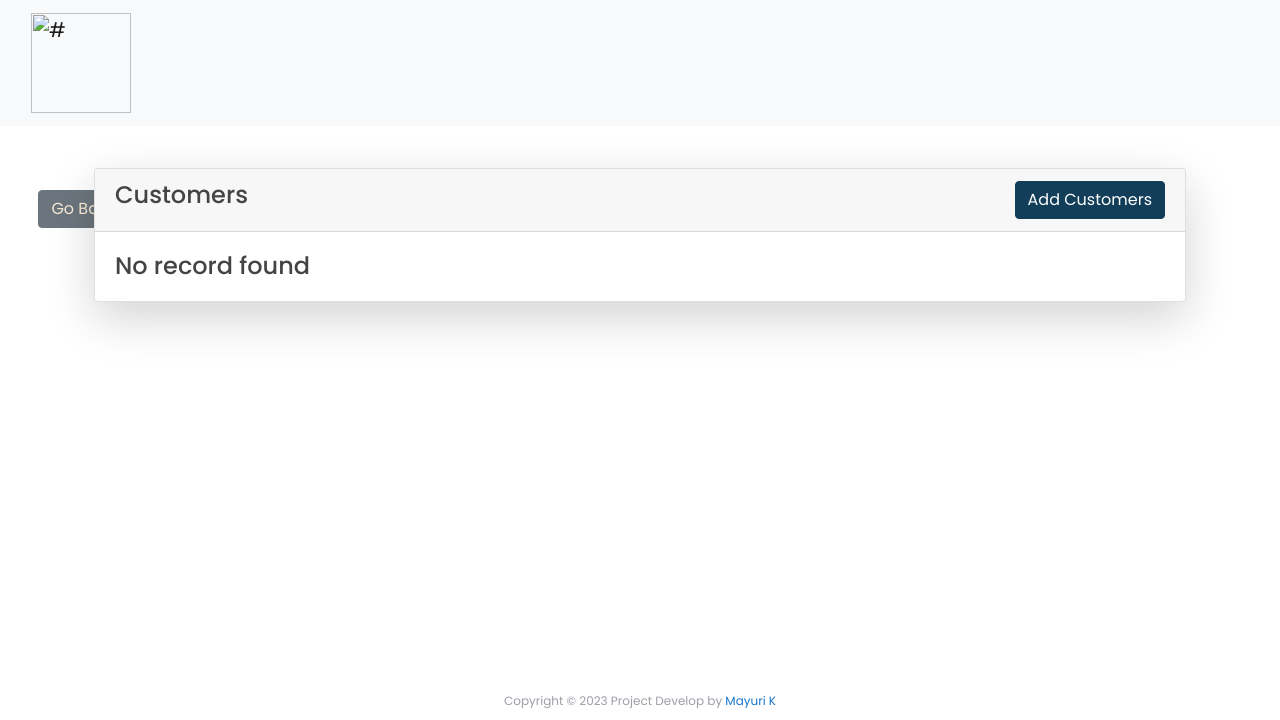
Repository: JyrossC/POS-PHP
Page: http://localhost/customer/customers.php
An editor plug-in stored every save of this project. The page is shown before and after the next save, followed by the edit.
The browser window is 1280 px wide. The pictures show the whole page.
Some web fonts or font styles are not loaded; a fallback is used. The page is run by PHP 8.4 with error messages shown; the project is at /var/www/html/. Queries for data that is not in the repository find no rows.

Above is the page before, as saved 2024-08-24 15:01:19.

After the next save:
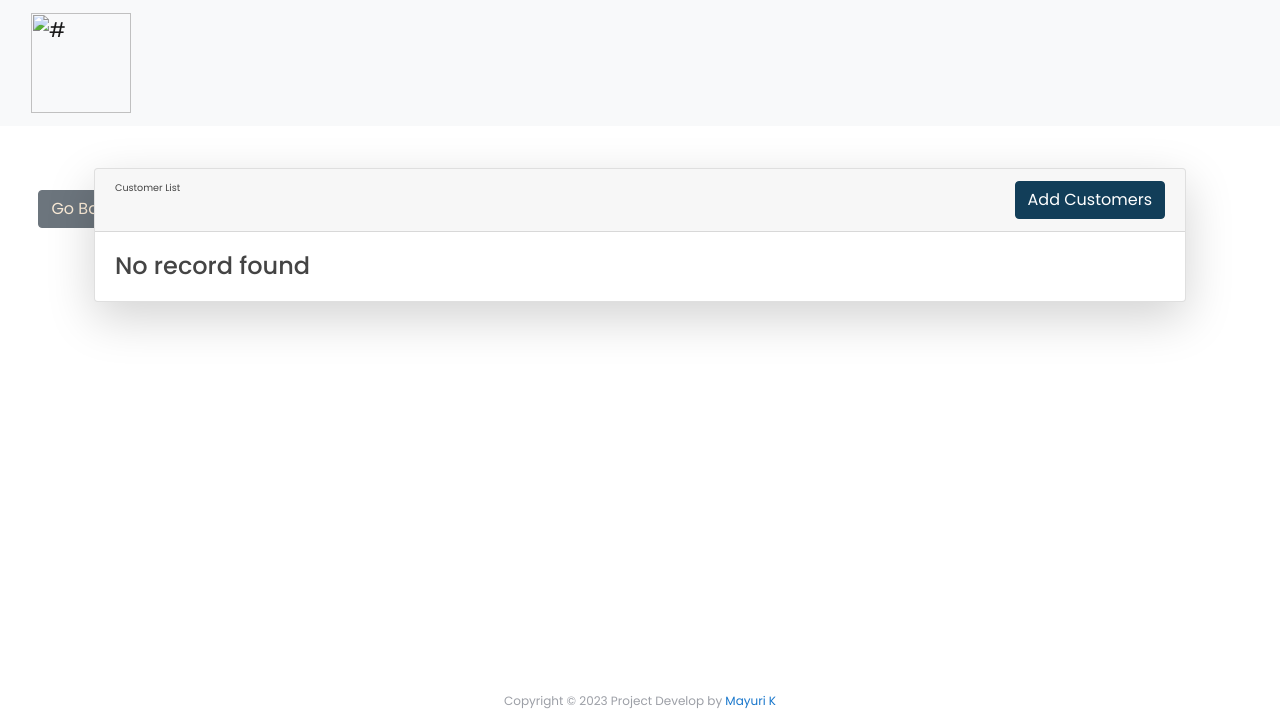
Saved 62 s later.
--- a/POS System/customer/customers.php
+++ b/POS System/customer/customers.php
@@ -18,9 +18,9 @@ include('navbar.php');
 <div class="container px-4" style="margin-top: -100px;" >
     <div class="card mt-4 shadow-lg">
         <div class="card-header">
-            <h4 class="mb-0">Customers
+            <small class="mb-0">Customer List
                 <a href="add-customer.php" class="btn btn-primary float-end">Add Customers</a>
-            </h4>
+            </small>
         </div>
         <div class="card-body">
             <?php alertMessage(); ?>
